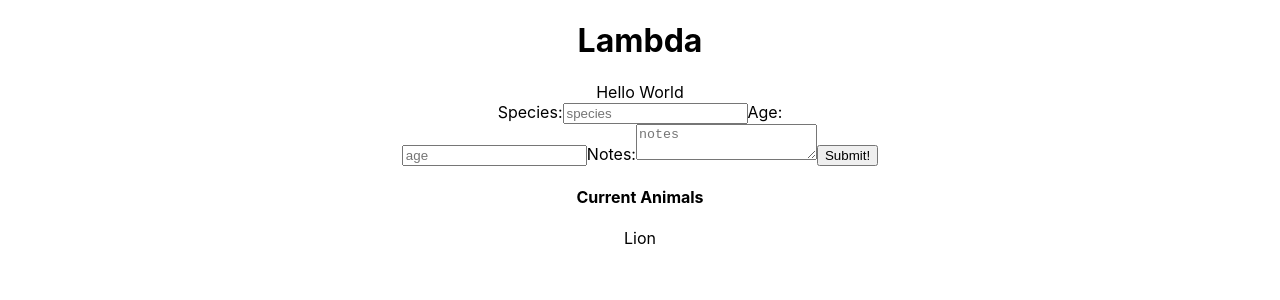
Repository: beefybroccoli/learn_testing
Page: / (app in jest-testing/)
These files come from the project's save history. The page is drawn as it stood at one moment and after a run of saves; the edit follows.
The browser window is 1280 px wide. The pictures show the whole page.
The project was rebuilt for these pictures with package versions that can differ from the ones it lists, and the page was loaded fresh each time.

Above is the page before, as saved 2021-09-30 23:51:01.

### jest-testing/src/App.js
import logo from "./logo.svg";
import "./App.css";
import AnimalForm from "./AnimalForm";

function App() {
  return (
    <div className="App">
      <h1 className="heading">Lambda</h1>
      <span className="greet">Hello World</span>
      <AnimalForm />
    </div>
  );
}

export default App;

### jest-testing/src/AnimalForm.js
import React, { useState } from "react";

const AnimalForm = ({ errors, touched, values }) => {
  const [animals, setAnimals] = useState([
    {
      species: "Lion",
      age: "12",
      notes: "",
      id: 365,
    },
  ]);
  const [animal, setAnimal] = useState({ species: "", age: "", notes: "" });

  // Handle changes from form inputs
  const handleChange = (event) => {
    setAnimal({ ...animal, [event.target.name]: event.target.value });
  };

  const handleSubmit = (event) => {
    event.preventDefault();
    const newAnimal = {
      ...animal,
      id: Date.now(),
    };

    setAnimals([...animals, newAnimal]);
  };

  return (
    <div className="animal-form">
      <form onSubmit={(event) => handleSubmit(event)}>
        <label htmlFor="species">Species:</label>
        <input
          id="species"
          type="text"
          name="species"
          placeholder="species"
          onChange={(event) => handleChange(event)}
        />
        <label htmlFor="age">Age:</label>
        <br/>
        <input
          id="age"
          type="text"
          name="age"
          placeholder="age"
          onChange={(event) => handleChange(event)}
        />
        <label htmlFor="notes">Notes:</label>
        <textarea
          id="notes"
          type="text"
          name="notes"
          placeholder="notes"
          onChange={(event) => handleChange(event)}
        />
        <button>Submit!</button>
      </form>
      <h4>Current Animals</h4>
      {animals.map((animal) => (
        <p key={animal.id}>{animal.species}</p>
      ))}
    </div>
  );
};

export default AnimalForm;

Loaded but not shown: jest-testing/public/index.html (common file); jest-testing/src/index.js (common file); jest-testing/src/index.css (common file); jest-testing/src/reportWebVitals.js (common file); jest-testing/src/App.css (common file)

After the next 2 saves:
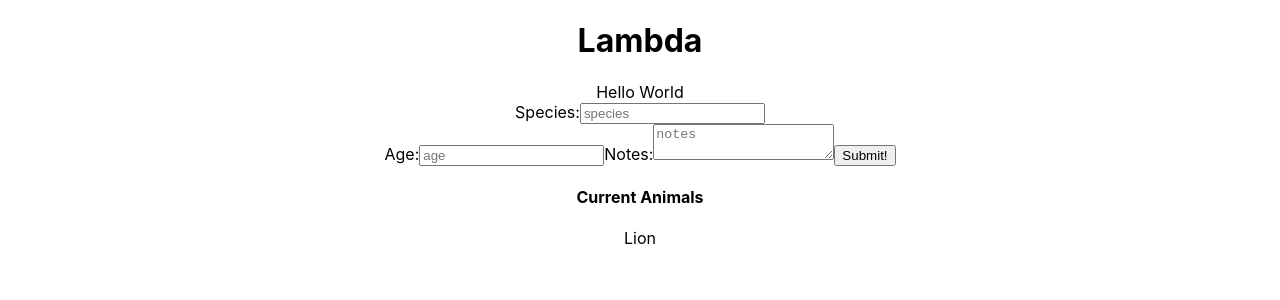
The 2 saves are shown as one change because they came seconds apart.
The last was saved 9 s later.
--- a/jest-testing/src/AnimalForm.js
+++ b/jest-testing/src/AnimalForm.js
@@ -37,9 +37,9 @@ const AnimalForm = ({ errors, touched, values }) => {
           placeholder="species"
           onChange={(event) => handleChange(event)}
         />
+        <br/>
         <label htmlFor="age">Age:</label>
-        <br/>
-        <input
+                <input
           id="age"
           type="text"
           name="age"
